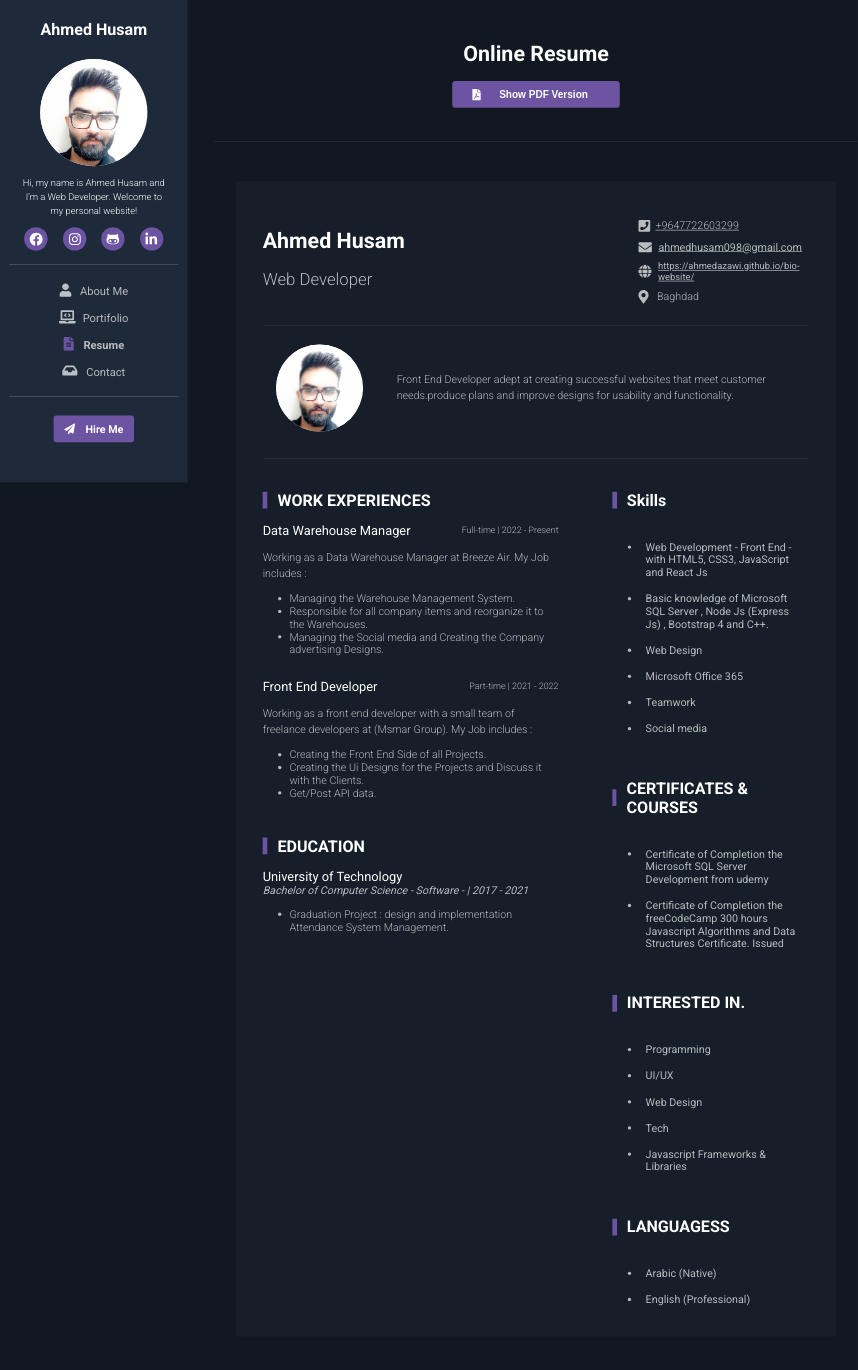
Repository: ahmedazawi/bio-website
Page: /bio-website/resume
These files come from the project's save history. The page is drawn as it stood at one moment and after the next save; the edit follows.
The browser window is 1280 px wide. The pictures show the whole page, at 67% of full size.
The project was rebuilt for these pictures with package versions that can differ from the ones it lists, and the page was loaded fresh each time. Also part of the build but not shown: src/assets/css/routes-files/about-me.css, src/components/home/Head.js, src/assets/css/routes-files/cards.css, src/components/home/Card.js, src/components/home/Cards.js, src/components/home/PojectsCard.js, src/components/home/Projects.js, src/views/AboutMe.js and 2 more.

Above is the page before, as saved 2022-08-05 11:40:26.

After the next save:
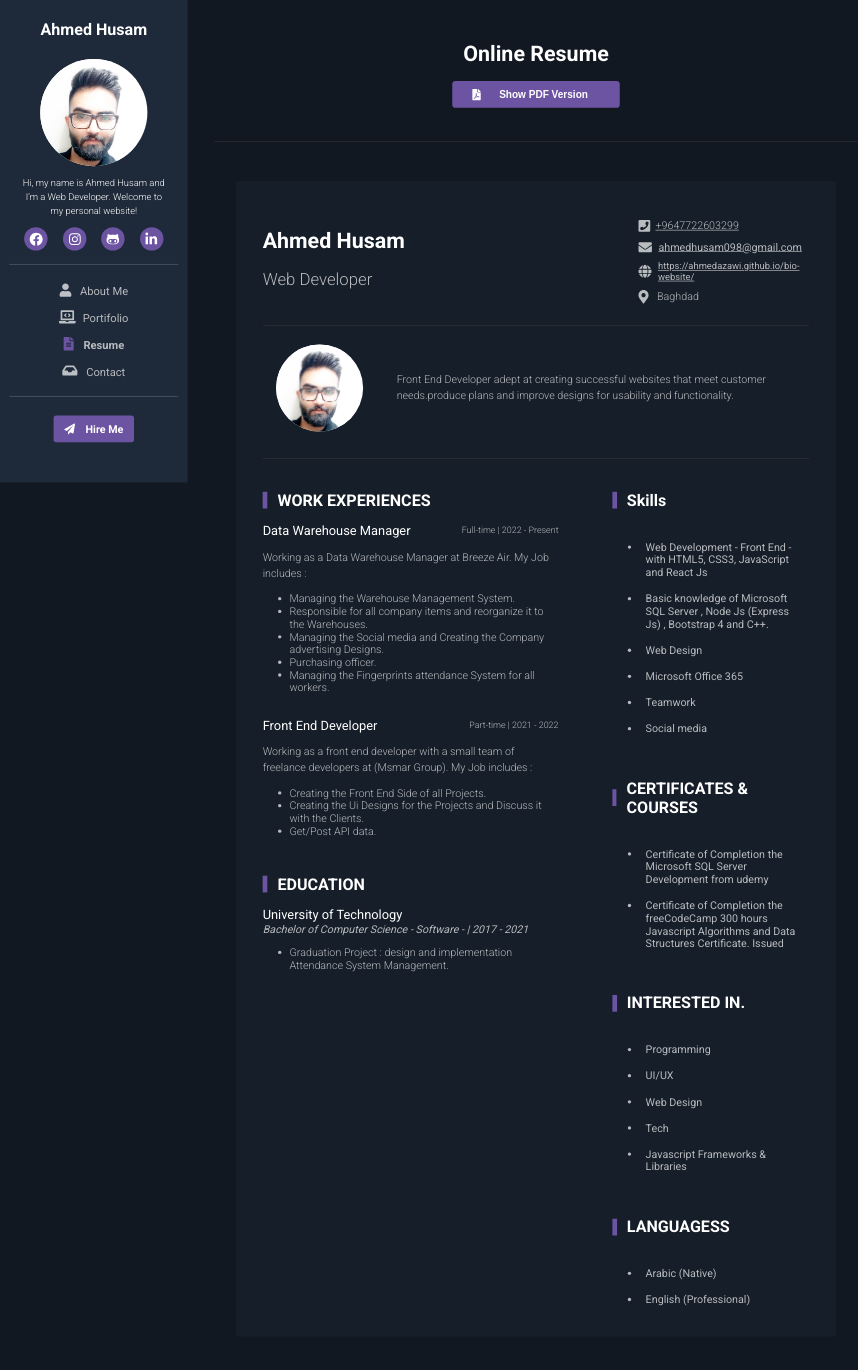
Saved 20 s later.
--- a/src/views/Resume.js
+++ b/src/views/Resume.js
@@ -172,6 +172,10 @@ const Resume = () => {
                   Managing the Social media and Creating the Company advertising
                   Designs.
                 </li>
+                <li>Purchasing officer.</li>
+                <li>
+                  Managing the Fingerprints attendance System for all workers.
+                </li>
               </ul>
             </div>
             <br />
